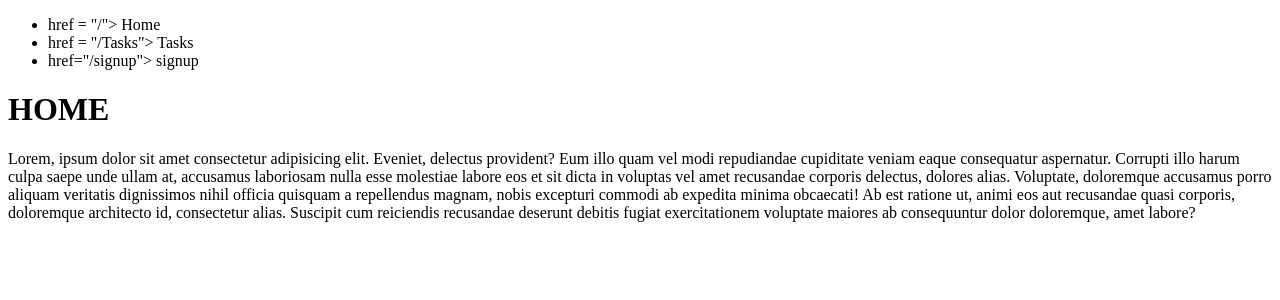
Repository: Andres250602/auth.django
Page: http://localhost/
An editor plug-in stored every save of this project. The page is shown before and after the next save, followed by the edit.
The browser window is 1280 px wide. The pictures show the whole page.
The page is served by the project's application, run on Django 5.2 (manage.py). Other server files are loaded and not shown.

Above is the page before, as saved 2024-04-11 09:25:52.

### myapp/templates/home.html
{% extends 'base.html' %}

{% block content %}
<h1>HOME</h1>
<p>Lorem, ipsum dolor sit amet consectetur adipisicing elit. Eveniet, delectus provident? Eum illo quam vel modi repudiandae cupiditate veniam eaque consequatur aspernatur. Corrupti illo harum culpa saepe unde ullam at, accusamus laboriosam nulla esse molestiae labore eos et sit dicta in voluptas vel amet recusandae corporis delectus, dolores alias. Voluptate, doloremque accusamus porro aliquam veritatis dignissimos nihil officia quisquam a repellendus magnam, nobis excepturi commodi ab expedita minima obcaecati! Ab est ratione ut, animi eos aut recusandae quasi corporis, doloremque architecto id, consectetur alias. Suscipit cum reiciendis recusandae deserunt debitis fugiat exercitationem voluptate maiores ab consequuntur dolor doloremque, amet labore?</p>
{% endblock %}

### myapp/templates/base.html
<!DOCTYPE html>
<html lang="en">
<head>
    <meta charset="UTF-8">
    <meta name="viewport" content="width=device-width, initial-scale=1.0">
    <title>Django CRUD Application</title>
</head>
<body>
    <nav>
        <ul>
            <li>
                <a> href = "/"> Home</a>
            </li>
            <li>
                <a> href = "/Tasks"> Tasks</a>
            </li>
            <li>
                <a> href="/signup"> signup</a>
            </li>
        </ul>
    </nav>
    {% block content %}
    {% endblock %}
</body>
</html>

### myapp/views.py
from django.shortcuts import render, redirect
from django.contrib.auth.forms import UserCreationForm
from django.contrib.auth.models import User
from django.db import IntegrityError
from django.contrib.auth import login

def signup(request):
    if request.method== 'GET':
            return render(request, 'signup.html', {
    'form': UserCreationForm
    })


    else:
        if request.POST['password1'] == request.POST['password2']:
            try:
                user = User.objects.create_user(username=request.POST['username'], password=request.POST['password1'])
                user.save()
                login(request, user)
                return redirect('tasks')
            except IntegrityError:
                return  render(request, 'signup.html', {
                    'form': UserCreationForm,
                    'error': 'usuario ya existe'
                })




        return  render(request, 'signup.html', {
                'form': UserCreationForm,
                'error': 'contraseña no coincide'
                })



    return render(request, 'signup.html', {
    'form': UserCreationForm
    })
def home(request):
    return render (request, 'home.html')
def tasks(request):
    return render(request, 'tasks.html')

### mysite/urls.py
"""
URL configuration for mysite project.

The `urlpatterns` list routes URLs to views. For more information please see:
    https://docs.djangoproject.com/en/5.0/topics/http/urls/
Examples:
Function views
    1. Add an import:  from my_app import views
    2. Add a URL to urlpatterns:  path('', views.home, name='home')
Class-based views
    1. Add an import:  from other_app.views import Home
    2. Add a URL to urlpatterns:  path('', Home.as_view(), name='home')
Including another URLconf
    1. Import the include() function: from django.urls import include, path
    2. Add a URL to urlpatterns:  path('blog/', include('blog.urls'))
"""
from django.contrib import admin
from django.urls import path, include

urlpatterns = [
    path('admin/', admin.site.urls),
    path('', include('myapp.urls')),

]

### myapp/urls.py
from django.urls import path
from . import views
urlpatterns = [
    path ('signup/', views.signup, name='signup'),
    path ('', views.home, name='home'),
    path ('tasks/', views.tasks, name='tasks'),

]

After the next save:
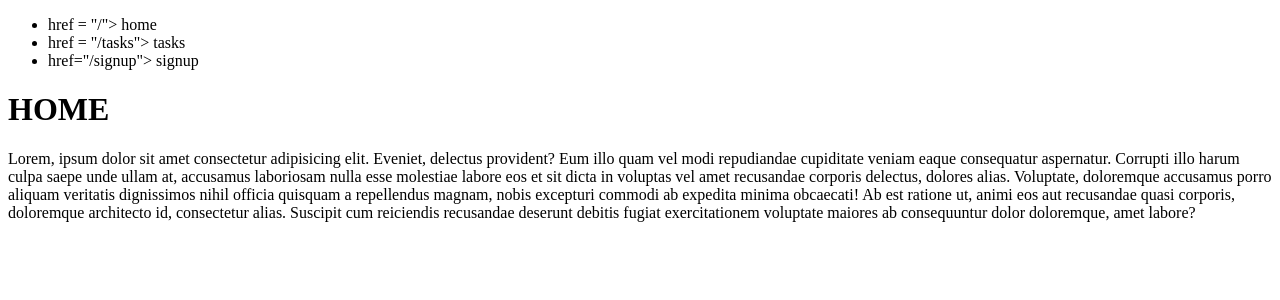
Saved 32 s later.
--- a/myapp/templates/base.html
+++ b/myapp/templates/base.html
@@ -9,10 +9,10 @@
     <nav>
         <ul>
             <li>
-                <a> href = "/"> Home</a>
+                <a> href = "/"> home</a>
             </li>
             <li>
-                <a> href = "/Tasks"> Tasks</a>
+                <a> href = "/tasks"> tasks</a>
             </li>
             <li>
                 <a> href="/signup"> signup</a>
